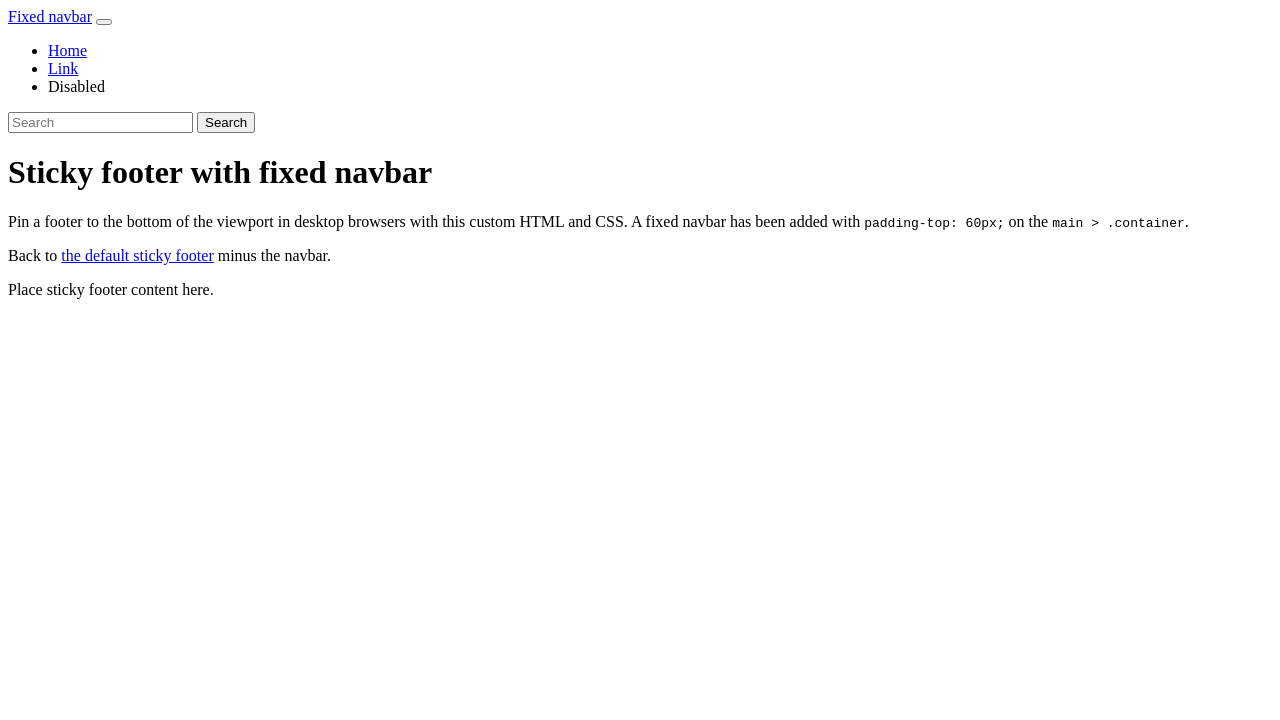
Repository: owuraku/laravel-class-dbc-26-1
Page: resources/views/courses/show.blade.php
These files come from the project's save history. The page is drawn as it stood at one moment and after the next save; the edit follows.
The browser window is 1280 px wide. The pictures show the whole page.
The page is served by the project's Laravel application, run on PHP 8.4 with Laravel 8. Other server files are loaded and not shown. The template is opened directly, without the code that normally fills it, so the values that code supplies are empty.

Above is the page before, as saved 2022-02-03 12:40:56.

### routes/web.php
<?php

use App\Http\Controllers\CourseController;
use Illuminate\Support\Facades\Route;


Route::get('/', function () {
    return view('welcome', ['name' => 'Owuraku']);
});

Route::get('/courses', [CourseController::class, 'showAllCourses']);

### resources/views/courses/show.blade.php
@extends('layout.master')

@section('page_title', 'Course Details')

@section('content')

@endsection

### resources/views/layout/master.blade.php
<!doctype html>
<html lang="en" class="h-100">
  <head>
    <meta charset="utf-8">
    <meta name="viewport" content="width=device-width, initial-scale=1">
    <meta name="description" content="">
    <meta name="author" content="Mark Otto, Jacob Thornton, and Bootstrap contributors">
    <meta name="generator" content="Hugo 0.88.1">
    <title>
        Student Registration
    </title>


    <style>
      .bd-placeholder-img {
        font-size: 1.125rem;
        text-anchor: middle;
        -webkit-user-select: none;
        -moz-user-select: none;
        user-select: none;
      }

      @media (min-width: 768px) {
        .bd-placeholder-img-lg {
          font-size: 3.5rem;
        }
      }
    </style>


    <!-- Custom styles for this template -->
    <link href="sticky-footer-navbar.css" rel="stylesheet">
  </head>
  <body class="d-flex flex-column h-100">

<header>
  <!-- Fixed navbar -->
  <nav class="navbar navbar-expand-md navbar-dark fixed-top bg-dark">
    <div class="container-fluid">
      <a class="navbar-brand" href="#">Fixed navbar</a>
      <button class="navbar-toggler" type="button" data-bs-toggle="collapse" data-bs-target="#navbarCollapse" aria-controls="navbarCollapse" aria-expanded="false" aria-label="Toggle navigation">
        <span class="navbar-toggler-icon"></span>
      </button>
      <div class="collapse navbar-collapse" id="navbarCollapse">
        <ul class="navbar-nav me-auto mb-2 mb-md-0">
          <li class="nav-item">
            <a class="nav-link active" aria-current="page" href="#">Home</a>
          </li>
          <li class="nav-item">
            <a class="nav-link" href="#">Link</a>
          </li>
          <li class="nav-item">
            <a class="nav-link disabled">Disabled</a>
          </li>
        </ul>
        <form class="d-flex">
          <input class="form-control me-2" type="search" placeholder="Search" aria-label="Search">
          <button class="btn btn-outline-success" type="submit">Search</button>
        </form>
      </div>
    </div>
  </nav>
</header>

<!-- Begin page content -->
<main class="flex-shrink-0">
  <div class="container">
    <h1 class="mt-5">Sticky footer with fixed navbar</h1>
    <p class="lead">Pin a footer to the bottom of the viewport in desktop browsers with this custom HTML and CSS. A fixed navbar has been added with <code class="small">padding-top: 60px;</code> on the <code class="small">main &gt; .container</code>.</p>
    <p>Back to <a href="../examples/sticky-footer/">the default sticky footer</a> minus the navbar.</p>
  </div>
</main>

<footer class="footer mt-auto py-3 bg-light">
  <div class="container">
    <span class="text-muted">Place sticky footer content here.</span>
  </div>
</footer>

  </body>
</html>

Loaded but not shown: app/Providers/AppServiceProvider.php (common file)

After the next save:
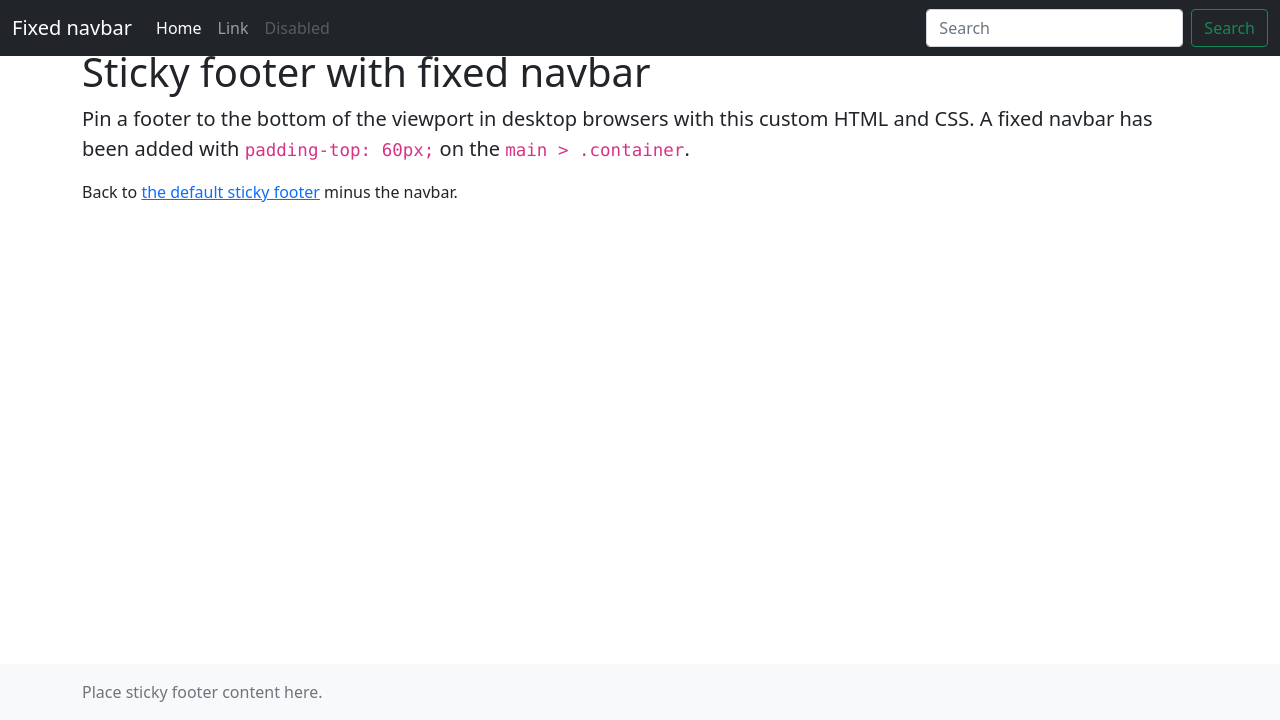
Saved 2 min 18 s later.
--- a/resources/views/layout/master.blade.php
+++ b/resources/views/layout/master.blade.php
@@ -9,7 +9,8 @@
     <title>
         Student Registration
     </title>
-
+    <!-- CSS only -->
+    <link href="https://cdn.jsdelivr.net/npm/bootstrap@5.1.3/dist/css/bootstrap.min.css" rel="stylesheet" integrity="sha384-1BmE4kWBq78iYhFldvKuhfTAU6auU8tT94WrHftjDbrCEXSU1oBoqyl2QvZ6jIW3" crossorigin="anonymous">
 
     <style>
       .bd-placeholder-img {
@@ -76,6 +77,7 @@
     <span class="text-muted">Place sticky footer content here.</span>
   </div>
 </footer>
-
+<!-- JavaScript Bundle with Popper -->
+<script src="https://cdn.jsdelivr.net/npm/bootstrap@5.1.3/dist/js/bootstrap.bundle.min.js" integrity="sha384-ka7Sk0Gln4gmtz2MlQnikT1wXgYsOg+OMhuP+IlRH9sENBO0LRn5q+8nbTov4+1p" crossorigin="anonymous"></script>
   </body>
 </html>
